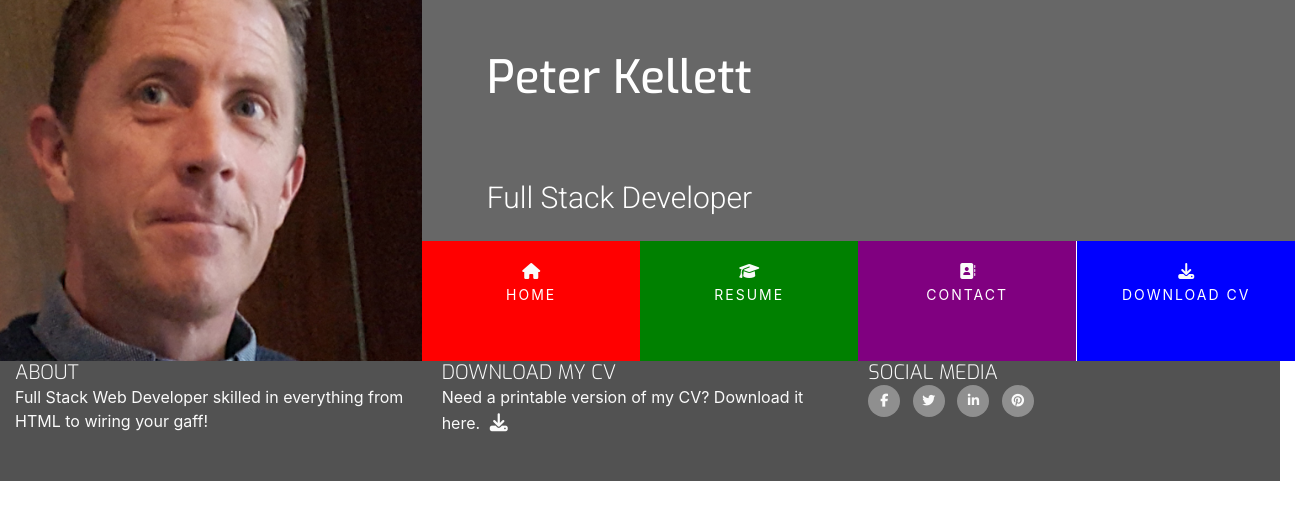
Repository: PeterKellett/ucd-resume
Page: index.html
The author's editor kept a record of every edit. The page is drawn from the files as they stood at one moment, then again after the next edit.
The browser window is 1280 px wide. The page is 1295 px wide, so the pictures cover 1295 px, including what lies to the right of the window. The pictures show the whole page.
Some web libraries are served in a nearby version.

Above is the page before.

After the next edit:
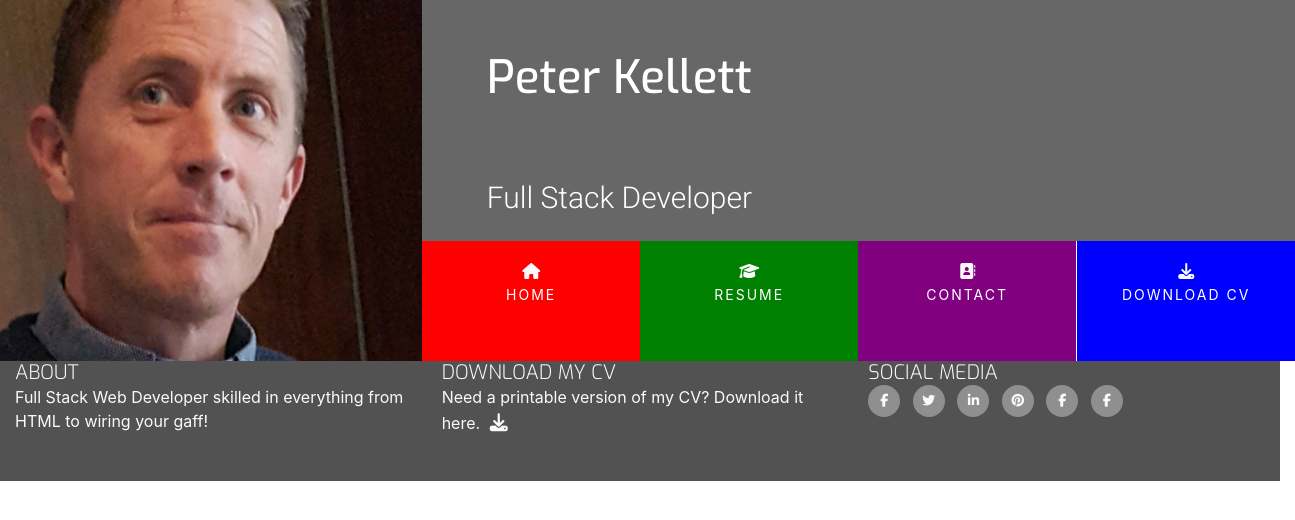
The edit:
--- a/index.html
+++ b/index.html
@@ -101,6 +101,18 @@
                             <span class="sr-only">Pinterest</span>
                         </a>
                     </li>
+                    <li class="list-inline-item">
+                        <a href="#" target="_blank">
+                            <i class="fa fa-facebook" aria-hidden="true"></i>
+                            <span class="sr-only">Facebook</span>
+                        </a>
+                    </li>
+                    <li class="list-inline-item">
+                        <a href="#" target="_blank">
+                            <i class="fa fa-facebook" aria-hidden="true"></i>
+                            <span class="sr-only">Facebook</span>
+                        </a>
+                    </li>
                 </ul>
             </div>
         </div>
